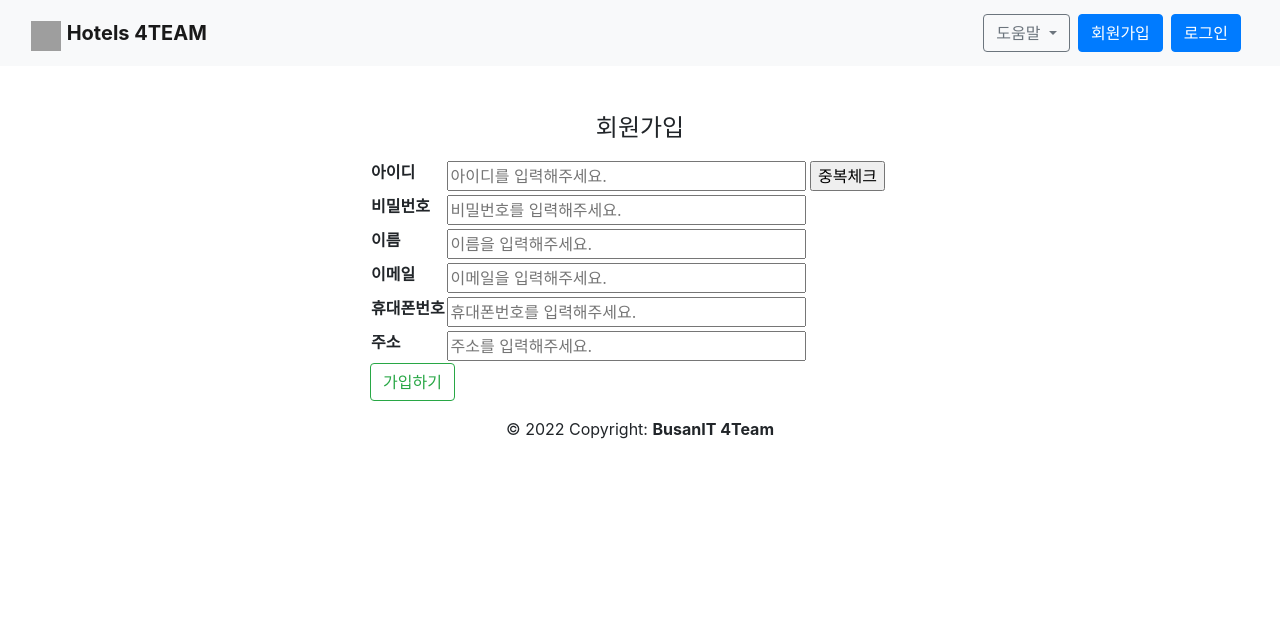
Repository: ShinKioh/Hotel_project
Page: http://localhost/HOTEL/WEB-INF/register.jsp
An editor plug-in stored every save of this project. The page is shown before and after the next save, followed by the edit.
The browser window is 1280 px wide. The pictures show the whole page.
Pictures or frames that could not be fetched are drawn as grey boxes. The page is served by Tomcat 9. Nobody is signed in. Other server files are loaded and not shown. The template is opened directly, without the code that normally fills it, so the values that code supplies are empty.

Above is the page before, as saved 2022-02-24 03:42:38.

### HOTEL/WebContent/WEB-INF/register.jsp
<%@ page language="java" contentType="text/html; charset=UTF-8"
	pageEncoding="UTF-8"%>
<!DOCTYPE html>
<html>
<head>
<meta charset="UTF-8">
<link rel="stylesheet"
	href="//unpkg.com/bootstrap@4/dist/css/bootstrap.min.css">
<title>회원가입 페이지</title>

</head>
<body>
	<header>
		<nav class="navbar navbar-expand-lg navbar-light bg-light">
			<div class="container-fluid">
				<a class="navbar-brand" href="main.jsp"> <img
					src="img/premium-icon-letter-h-5540593.png" alt="" width="30"
					height="30" class="d-inline-block align-text-top"> <span
					class="navbar-brand mb-0 h1"><b>Hotels 4TEAM</b></span>
				</a>
				<div class="d-flex justify-content-end">
					<div class="dropdown mr-2">
						<a class="btn btn-outline-secondary dropdown-toggle" href="#"
							role="button" id="dropdownMenuLink" data-toggle="dropdown"
							aria-expanded="false"> 도움말 </a>
						<div class="dropdown-menu" aria-labelledby="dropdownMenuLink">
							<a class="dropdown-item" href="#">공지 사항</a> <a
								class="dropdown-item" href="#">문의 사항</a> <a
								class="dropdown-item" href="#">FAQ</a>
						</div>
					</div>
					<a class="btn btn-primary mr-2" href="register?action=registerUser">회원가입</a>
					<a class="btn btn-primary mr-2" href="login.jsp">로그인</a>
				</div>
			</div>
		</nav>
	</header>
	<div class="container">
		<div class="row mt-5">
			<div class="col-md-6 mx-auto">
				<h4 class="text-center mb-3">회원가입</h4>
				<form action="<%=request.getContextPath()%>/register" method="post">
					<div class="form-group">
						<input type="hidden" name="action" value="registerUser">
					</div>
					<div class="register-form">
						<table>
							<tbody>
								<tr>
									<th><label for="id">아이디</label></th>
									<td><input type="text" name="id"
										placeholder="아이디를 입력해주세요." required size="30"> <input
										type="button" onclick="sendServer()" value="중복체크">
										<div id="output"></div> <script type="text/javascript">
											const input = document
													.querySelector('input[type="text"]'); // 태그타입으로 선택
											const output = document
													.getElementById('output');
											const request = new XMLHttpRequest(); // Ajax request 객체 생성
											function sendServer() {
												// 버튼을 누르면 실행되는 함수
												let id = input.value; // input창에 입력한 값
												let url = 'idCheck.jsp?id='
														+ id; // 요청할 jsp페이지 주소
												request.open('GET', url, true);
												request.send();
												request.onreadystatechange = getInfo;
											}
											function getInfo() {
												if (request.readyState == 4
														&& request.status == 200) {
													let info = request.responseText; // 요청한 결과 받기
													output.textContent = info;
												}
											};
										</script></td>
								</tr>
								<tr>
									<th><label for="id">비밀번호</label></th>
									<td><input type="text" name="password"
										placeholder="비밀번호를 입력해주세요." required size="30"></td>
								</tr>
								<tr>
									<th><label for="id">이름</label></th>
									<td><input type="text" name="name"
										placeholder="이름을 입력해주세요." required size="30"></td>
								</tr>
								<tr>
									<th><label for="id">이메일</label></th>
									<td><input type="text" name="email"
										placeholder="이메일을 입력해주세요." required size="30"></td>
								</tr>
								<tr>
									<th><label for="id">휴대폰번호</label></th>
									<td><input type="text" name="phone"
										placeholder="휴대폰번호를 입력해주세요." required size="30"></td>
								</tr>
								<tr>
									<th><label for="id">주소</label></th>
									<td><input type="text" name="address"
										placeholder="주소를 입력해주세요." required size="30"></td>
								</tr>
							</tbody>
						</table>
					</div>
					<%--가입하기 클릭시 신규회원 등록, 메인 페이지로 이동 --%>
					<button type="submit" class="btn btn-outline-success"
						onClick="location.href='main.jsp'">가입하기</button>
				</form>
			</div>
		</div>
	</div>
	<footer class="footer font-small black">
		<div class="footer-copyright text-center py-3">
			© 2022 Copyright: <b> BusanIT 4Team</b>
		</div>
	</footer>
</body>
</html>

After the next save:
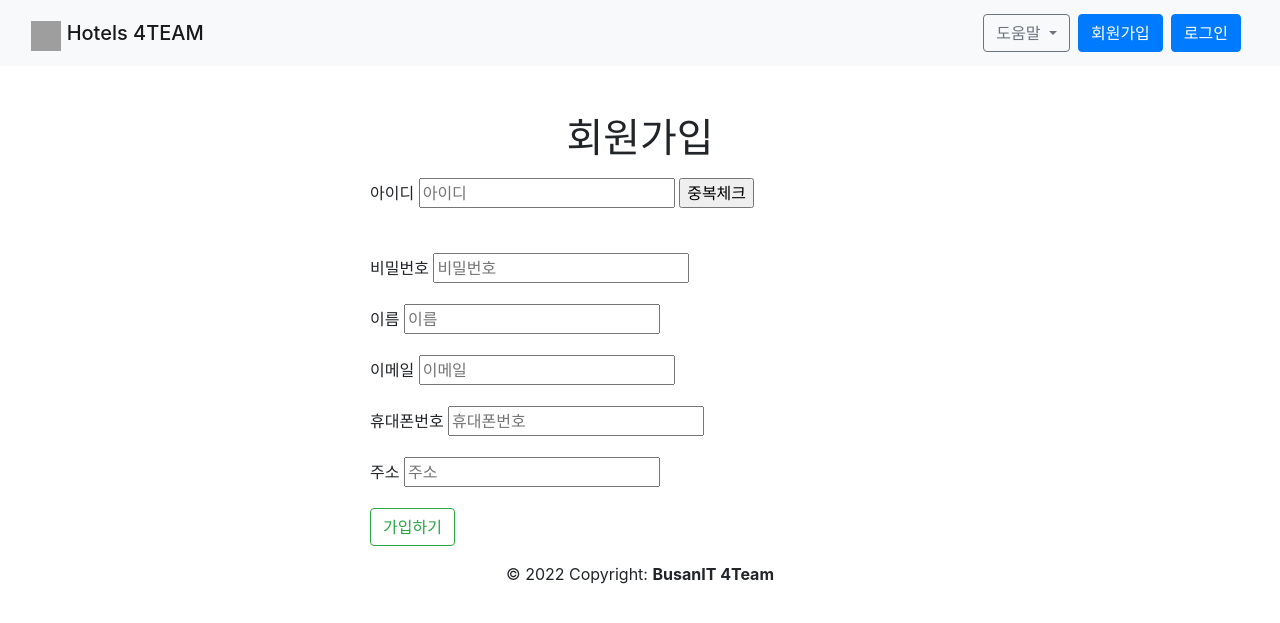
Saved 10 s later.
--- a/HOTEL/WebContent/WEB-INF/register.jsp
+++ b/HOTEL/WebContent/WEB-INF/register.jsp
@@ -7,7 +7,6 @@
 <link rel="stylesheet"
 	href="//unpkg.com/bootstrap@4/dist/css/bootstrap.min.css">
 <title>회원가입 페이지</title>
-
 </head>
 <body>
 	<header>
@@ -16,7 +15,7 @@
 				<a class="navbar-brand" href="main.jsp"> <img
 					src="img/premium-icon-letter-h-5540593.png" alt="" width="30"
 					height="30" class="d-inline-block align-text-top"> <span
-					class="navbar-brand mb-0 h1"><b>Hotels 4TEAM</b></span>
+					class="navbar-brand mb-0 h1">Hotels 4TEAM</span>
 				</a>
 				<div class="d-flex justify-content-end">
 					<div class="dropdown mr-2">
@@ -29,7 +28,7 @@
 								class="dropdown-item" href="#">FAQ</a>
 						</div>
 					</div>
-					<a class="btn btn-primary mr-2" href="register?action=registerUser">회원가입</a>
+					<a class="btn btn-primary mr-2" href="register.jsp">회원가입</a>
 					<a class="btn btn-primary mr-2" href="login.jsp">로그인</a>
 				</div>
 			</div>
@@ -38,74 +37,62 @@
 	<div class="container">
 		<div class="row mt-5">
 			<div class="col-md-6 mx-auto">
-				<h4 class="text-center mb-3">회원가입</h4>
+				<h1 class="text-center">회원가입</h1>
 				<form action="<%=request.getContextPath()%>/register" method="post">
 					<div class="form-group">
 						<input type="hidden" name="action" value="registerUser">
 					</div>
-					<div class="register-form">
-						<table>
-							<tbody>
-								<tr>
-									<th><label for="id">아이디</label></th>
-									<td><input type="text" name="id"
-										placeholder="아이디를 입력해주세요." required size="30"> <input
-										type="button" onclick="sendServer()" value="중복체크">
-										<div id="output"></div> <script type="text/javascript">
-											const input = document
-													.querySelector('input[type="text"]'); // 태그타입으로 선택
-											const output = document
-													.getElementById('output');
-											const request = new XMLHttpRequest(); // Ajax request 객체 생성
-											function sendServer() {
-												// 버튼을 누르면 실행되는 함수
-												let id = input.value; // input창에 입력한 값
-												let url = 'idCheck.jsp?id='
-														+ id; // 요청할 jsp페이지 주소
-												request.open('GET', url, true);
-												request.send();
-												request.onreadystatechange = getInfo;
-											}
-											function getInfo() {
-												if (request.readyState == 4
-														&& request.status == 200) {
-													let info = request.responseText; // 요청한 결과 받기
-													output.textContent = info;
-												}
-											};
-										</script></td>
-								</tr>
-								<tr>
-									<th><label for="id">비밀번호</label></th>
-									<td><input type="text" name="password"
-										placeholder="비밀번호를 입력해주세요." required size="30"></td>
-								</tr>
-								<tr>
-									<th><label for="id">이름</label></th>
-									<td><input type="text" name="name"
-										placeholder="이름을 입력해주세요." required size="30"></td>
-								</tr>
-								<tr>
-									<th><label for="id">이메일</label></th>
-									<td><input type="text" name="email"
-										placeholder="이메일을 입력해주세요." required size="30"></td>
-								</tr>
-								<tr>
-									<th><label for="id">휴대폰번호</label></th>
-									<td><input type="text" name="phone"
-										placeholder="휴대폰번호를 입력해주세요." required size="30"></td>
-								</tr>
-								<tr>
-									<th><label for="id">주소</label></th>
-									<td><input type="text" name="address"
-										placeholder="주소를 입력해주세요." required size="30"></td>
-								</tr>
-							</tbody>
-						</table>
+					<div class="form-group">
+						<label for="id">아이디</label> <input type="text" name="id"
+							placeholder="아이디"> <input type="button"
+							onclick="sendServer()" value="중복체크">
+						<div id="output"></div>
+
+						<script type="text/javascript">
+							const input = document
+									.querySelector('input[type="text"]'); // 태그타입으로 선택
+							const output = document.getElementById('output');
+							const request = new XMLHttpRequest(); // Ajax request 객체 생성
+							function sendServer() {
+								// 버튼을 누르면 실행되는 함수
+								let id = input.value; // input창에 입력한 값
+								let url = 'idCheck.jsp?id=' + id; // 요청할 jsp페이지 주소
+								request.open('GET', url, true);
+								request.send();
+								request.onreadystatechange = getInfo;
+							}
+							function getInfo() {
+								if (request.readyState == 4
+										&& request.status == 200) {
+									let info = request.responseText; // 요청한 결과 받기
+									output.textContent = info;
+								}
+							};
+						</script>
+						<br>
+					</div>
+					<div class="form-group">
+						<label for="id">비밀번호</label> <input type="text" name="password"
+							placeholder="비밀번호"><br>
+					</div>
+					<div class="form-group">
+						<label for="id">이름</label> <input type="text" name="name"
+							placeholder="이름"><br>
+					</div>
+					<div class="form-group">
+						<label for="id">이메일</label> <input type="text" name="email"
+							placeholder="이메일"><br>
+					</div>
+					<div class="form-group">
+						<label for="id">휴대폰번호</label> <input type="text" name="phone"
+							placeholder="휴대폰번호"><br>
+					</div>
+					<div class="form-group">
+						<label for="id">주소</label> <input type="text" name="address"
+							placeholder="주소"><br>
 					</div>
 					<%--가입하기 클릭시 신규회원 등록, 메인 페이지로 이동 --%>
-					<button type="submit" class="btn btn-outline-success"
-						onClick="location.href='main.jsp'">가입하기</button>
+					<button type="submit" class="btn btn-outline-success" onClick="location.href='main.jsp'">가입하기</button>
 				</form>
 			</div>
 		</div>
